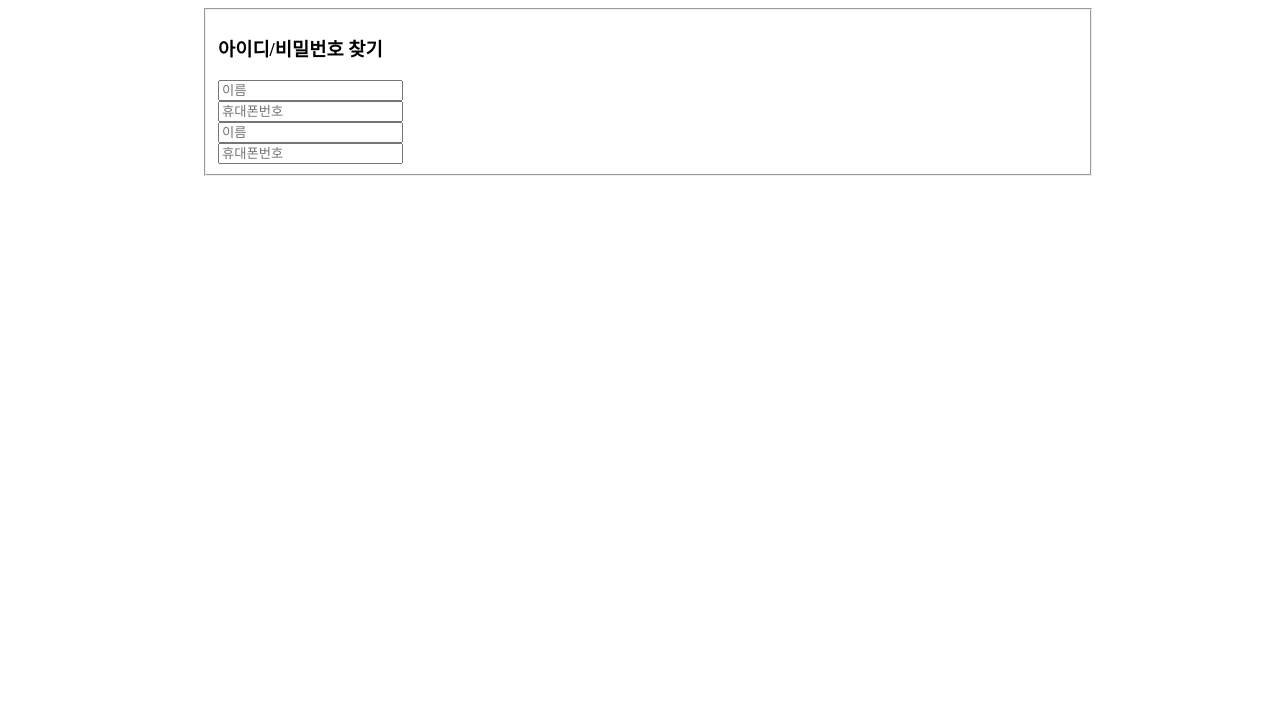
Repository: agheha/trillion
Page: YH/study_project/html/find.html
An editor plug-in stored every save of this project. The page is shown before and after the next save, followed by the edit.
The browser window is 1280 px wide. The page is 1288 px wide, so the pictures cover 1288 px, including what lies to the right of the window. The pictures show the whole page.

Above is the page before, as saved 2019-09-04 17:52:03.

After the next save:
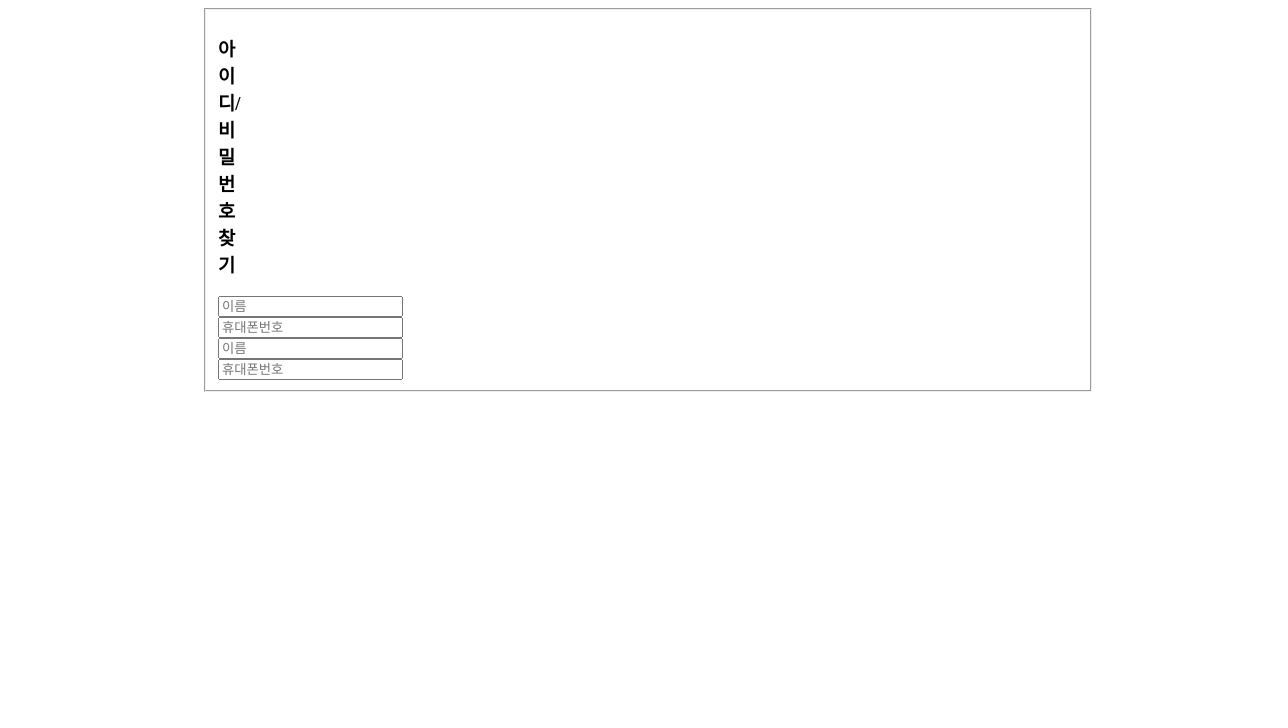
Saved 5 s later.
--- a/YH/study_project/css/find.css
+++ b/YH/study_project/css/find.css
@@ -6,7 +6,7 @@ fieldset {
     width : 860px;
     margin : 0 auto;
     display: grid;
-    grid-template-columns: 1t
+    grid-template-columns: 1pt 1pt;
 }
 span {
     border : border-box;

After the 2 saves that followed:
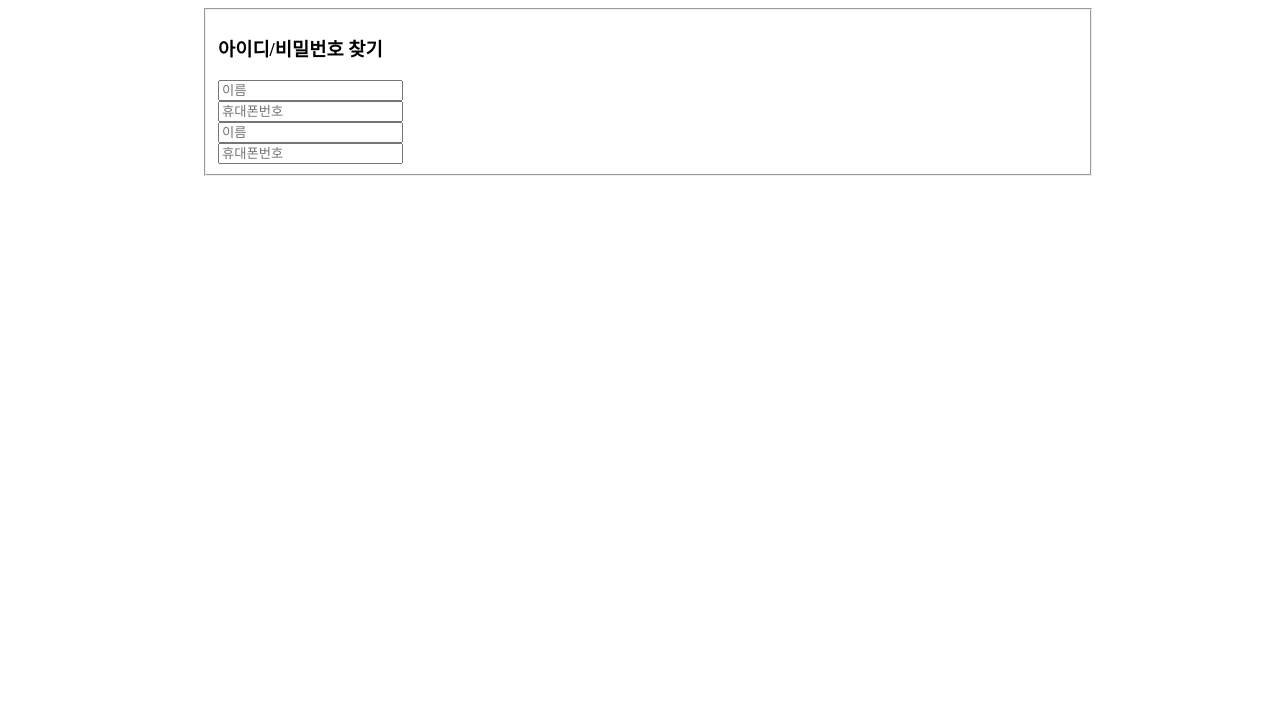
The 2 saves are shown as one change because they came seconds apart.
The last was saved 108 s later.
--- a/YH/study_project/css/find.css
+++ b/YH/study_project/css/find.css
@@ -6,7 +6,7 @@ fieldset {
     width : 860px;
     margin : 0 auto;
     display: grid;
-    grid-template-columns: 1pt 1pt;
+    grid-template-columns: 1fr 1fr;
 }
 span {
     border : border-box;
